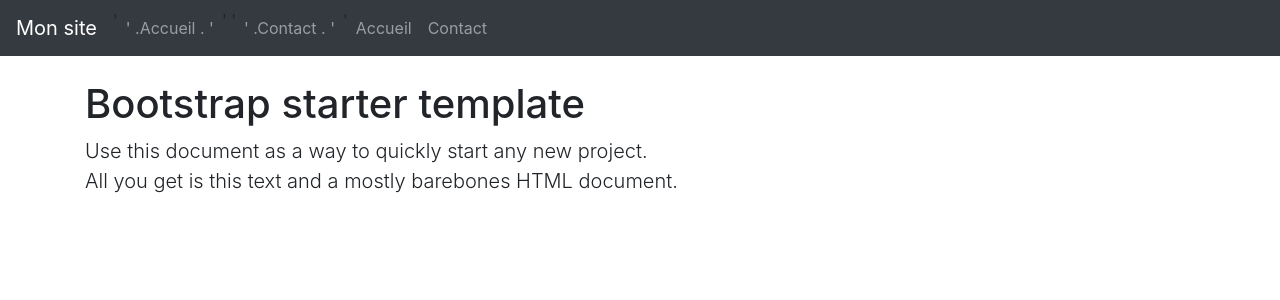
Repository: Alex-Serky/Backend_PHP
Page: http://localhost/
The author's editor kept a copy of each file at every save. The page is drawn from the files as they stood at one save, then again after the next save.
The browser window is 1280 px wide. The pictures show the whole page.
Some web libraries are served in a nearby version. The page is run by PHP 8.4 with error messages shown; the project is at /var/www/html/.

Above is the page before, as saved 2020-07-20 17:05:27.

### index.php
<?php

$nav = 'index';
$title = 'Page d\'accueil';
require 'header.php';
?>

<div class="starter-template">
    <h1>Bootstrap starter template</h1>
    <p class="lead">Use this document as a way to quickly start any new project.<br> All you get is this text and a mostly barebones HTML document.</p>
</div>

<?php require 'footer.php'; ?>

### header.php
<?php

function nav_item(string $lien, string $titre){
    $classe = 'nav-item';
    if ($_SERVER['SCRIPT_NAME'] === $lien) {
        $classe = $classe . ' active';
    }
    return <<<HTML
        '<li class="' . $classe . '">
            <a class="nav-link" href="' . $lien .'">' .$titre . '</a>
        </li>'
HTML;
}

?>

<!doctype html>
<html lang="en">

<head>
    <meta charset="utf-8">
    <meta name="viewport" content="width=device-width, initial-scale=1, shrink-to-fit=no">
    <meta name="description" content="">
    <meta name="author" content="">
    <link rel="icon" href="/docs/4.0/assets/img/favicons/favicon.ico">

    <title>
        <?php if(isset($title)): ?>
            <?= $title; ?>
        <?php else: ?>
            Mon site
        <?php endif; ?>
    </title>

    <!-- Bootstrap core CSS -->
    <link rel="stylesheet" href="https://stackpath.bootstrapcdn.com/bootstrap/4.5.0/css/bootstrap.min.css" integrity="sha384-9aIt2nRpC12Uk9gS9baDl411NQApFmC26EwAOH8WgZl5MYYxFfc+NcPb1dKGj7Sk" crossorigin="anonymous">

</head>

<body>

    <nav class="navbar navbar-expand-md navbar-dark bg-dark mb-4">
        <a class="navbar-brand" href="#">Mon site</a>
        <button class="navbar-toggler" type="button" data-toggle="collapse" data-target="#navbarsExampleDefault" aria-controls="navbarsExampleDefault" aria-expanded="false" aria-label="Toggle navigation">
            <span class="navbar-toggler-icon"></span>
        </button>

        <div class="collapse navbar-collapse" id="navbarsExampleDefault">
            <ul class="navbar-nav mr-auto">
                <?= nav_item('./index.php', 'Accueil') ?>
                <?= nav_item('./contact.php', 'Contact') ?>
                <li class="nav-item <?php if($_SERVER['SCRIPT_NAME'] === './index.php'): ?>active<?php endif; ?>">
                    <a class="nav-link" href="./index.php">Accueil</a>
                </li>
                <li class="nav-item <?php if($_SERVER['SCRIPT_NAME'] === './contact.php'): ?>active<?php endif; ?>">
                    <a class="nav-link" href="./contact.php">Contact</a>
                </li>
            </ul>
        </div>
    </nav>

    <main role="main" class="container">

### footer.php
</main><!-- /.container -->

<script src="https://code.jquery.com/jquery-3.2.1.slim.min.js" integrity="sha384-KJ3o2DKtIkvYIK3UENzmM7KCkRr/rE9/Qpg6aAZGJwFDMVNA/GpGFF93hXpG5KkN" crossorigin="anonymous"></script>
<script src="https://cdnjs.cloudflare.com/ajax/libs/popper.js/1.12.9/umd/popper.min.js" integrity="sha384-ApNbgh9B+Y1QKtv3Rn7W3mgPxhU9K/ScQsAP7hUibX39j7fakFPskvXusvfa0b4Q" crossorigin="anonymous"></script>
<script src="https://maxcdn.bootstrapcdn.com/bootstrap/4.0.0/js/bootstrap.min.js" integrity="sha384-JZR6Spejh4U02d8jOt6vLEHfe/JQGiRRSQQxSfFWpi1MquVdAyjUar5+76PVCmYl" crossorigin="anonymous"></script>
</body>

</html>

After the next save:
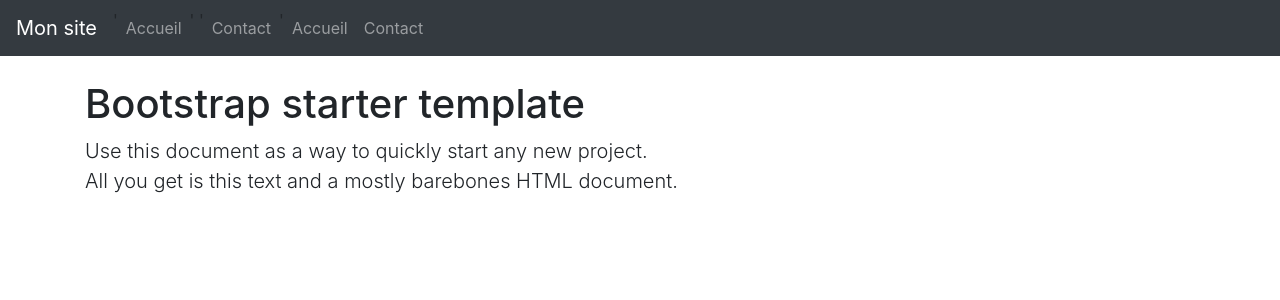
Saved 47 s later.
--- a/header.php
+++ b/header.php
@@ -7,7 +7,7 @@ function nav_item(string $lien, string $titre){
     }
     return <<<HTML
         '<li class="' . $classe . '">
-            <a class="nav-link" href="' . $lien .'">' .$titre . '</a>
+            <a class="nav-link" href="' . $lien .'">$titre</a>
         </li>'
 HTML;
 }
